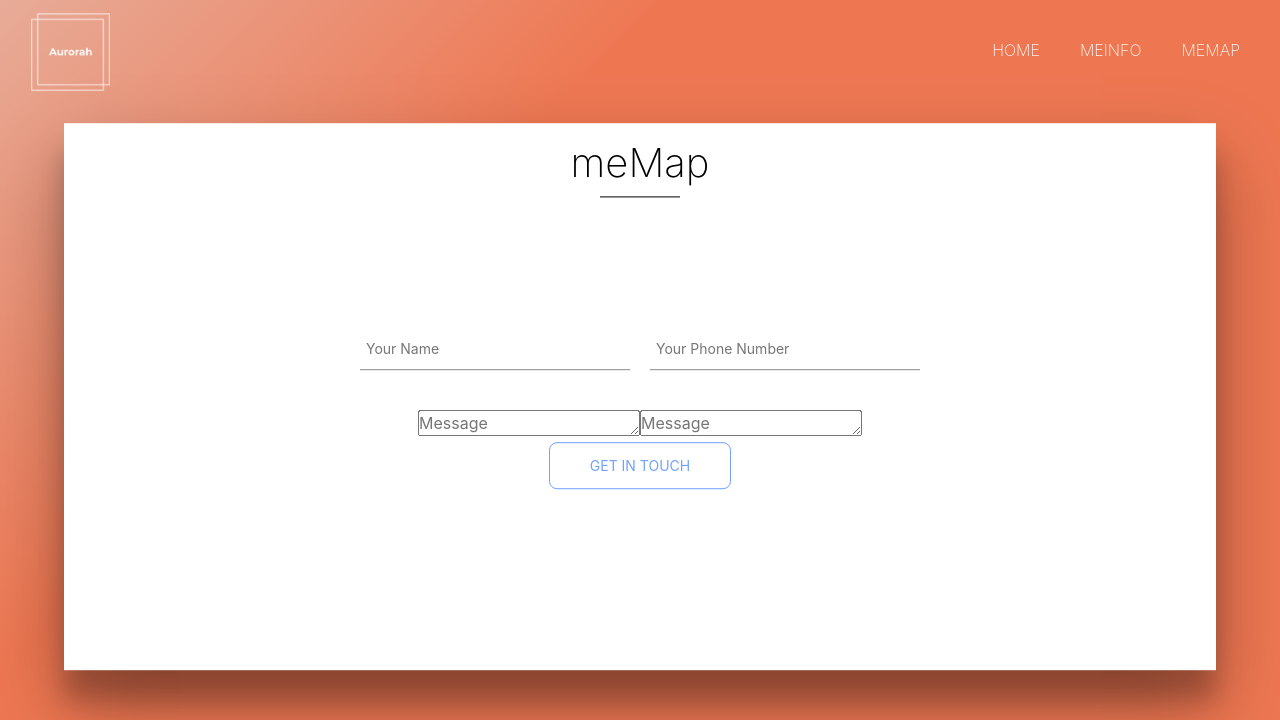
Repository: aasirvalji/saferMe
Page: /alt
An editor plug-in stored every save of this project. The page is shown before and after the next save, followed by the edit.
The browser window is 1280 px wide. The pictures show the whole page.
An inner scrolling area shows only its first screen. The project was rebuilt for these pictures with package versions that can differ from the ones it lists, and the page was loaded fresh each time. Also part of the build but not shown: src/components/Landing.js, src/styles/Services.css, src/components/Services.js, src/styles/MapDisplay.css, src/mapStyles.js, src/components/MapDisplay.js, src/styles/AboutDisplay.css, src/components/AboutDisplay.js and 1 more.

Above is the page before, as saved 2020-02-15 11:56:56.

### public/index.html
<!DOCTYPE html>
<html lang="en">
  <head>
    <meta charset="utf-8" />
    <link rel="icon" href="%PUBLIC_URL%/favicon.ico" />
    <meta name="viewport" content="width=device-width, initial-scale=1" />
    <meta name="theme-color" content="#000000" />
    <meta
      name="description"
      content="Web site created using create-react-app"
    />
    <link rel="apple-touch-icon" href="%PUBLIC_URL%/logo192.png" />
    <!--
      manifest.json provides metadata used when your web app is installed on a
      user's mobile device or desktop. See https://developers.google.com/web/fundamentals/web-app-manifest/
    -->
    <link rel="manifest" href="%PUBLIC_URL%/manifest.json" />
    <!--
      Notice the use of %PUBLIC_URL% in the tags above.
      It will be replaced with the URL of the `public` folder during the build.
      Only files inside the `public` folder can be referenced from the HTML.

      Unlike "/favicon.ico" or "favicon.ico", "%PUBLIC_URL%/favicon.ico" will
      work correctly both with client-side routing and a non-root public URL.
      Learn how to configure a non-root public URL by running `npm run build`.
    -->

    <link
    rel="stylesheet"
    href="https://maxcdn.bootstrapcdn.com/bootstrap/4.3.1/css/bootstrap.min.css"
    integrity="sha384-ggOyR0iXCbMQv3Xipma34MD+dH/1fQ784/j6cY/iJTQUOhcWr7x9JvoRxT2MZw1T"
    crossorigin="anonymous"
  />

  <link rel="stylesheet" href="https://use.fontawesome.com/releases/v5.7.2/css/all.css" integrity="sha384-fnmOCqbTlWIlj8LyTjo7mOUStjsKC4pOpQbqyi7RrhN7udi9RwhKkMHpvLbHG9Sr" crossorigin="anonymous">

    <title>Aurorah</title>
  </head>
  <body>
    <noscript>You need to enable JavaScript to run this app.</noscript>
    <div id="root"></div>
    <!--
      This HTML file is a template.
      If you open it directly in the browser, you will see an empty page.

      You can add webfonts, meta tags, or analytics to this file.
      The build step will place the bundled scripts into the <body> tag.

      To begin the development, run `npm start` or `yarn start`.
      To create a production bundle, use `npm run build` or `yarn build`.
    -->
  </body>
</html>

### src/App.js
import React from 'react';
import './App.css';
import Navigate from './components/Navigate'
import Landing from './components/Landing'
import Services from './components/Services'
import MapDisplay from './components/MapDisplay'
import AltDisplay from './components/AltDisplay'
import AboutDisplay from './components/AboutDisplay'

import SampleDisplay from './components/SampleDisplay';


import {
  BrowserRouter as Router,
  Switch,
  Route,
} from "react-router-dom";

class App extends React.Component { //when working with any type of data, call it in App then pass to comp on interest

  constructor(props) {
    super(props);

  }

/* start api sample */
/*
  componentDidMount() {
    fetch("https://api.example.com/items")
      .then(res => res.json())
      .then(
        (result) => {
          this.setState({
            isLoaded: true,
            items: result.items
          });
        },
        // Note: it's important to handle errors here
        // instead of a catch() block so that we don't swallow
        // exceptions from actual bugs in components.
        (error) => {
          this.setState({
            isLoaded: true,
            error
          });
        }
      )
  }
  */
/* end api sample */
  render(){


  return (
    <Router>
    <div className="App">

    <Switch>

    <Route exact path="/">
    <div className='landing-div'>
    <Navigate></Navigate>
    <Landing></Landing>
    <img className='wave' src='https://www.ochrehealth.com.au/wp-content/uploads/2018/10/slider-wave.png' alt=''></img>  {/* wave pattern*/}
    </div>
    {/* services placement*/}
    {/* maps placement*/}
    </Route>

    <Route path="/about">
    <div className='about-background'>
    <Navigate></Navigate>

    <AboutDisplay></AboutDisplay>
    </div>
    </Route>

    <Route path="/map">
    <div className='map-background'>
    <Navigate></Navigate>

  <MapDisplay></MapDisplay>
    </div>
    </Route>

    <Route path="/graph">
    <div className='graph-background'>
    <Navigate></Navigate>


    </div>
    </Route>

    <Route path="/alt">
    <div className='alt-background'>
    <Navigate></Navigate>

    <AltDisplay></AltDisplay>
    </div>
    </Route>

    </Switch>

    </div>
    </Router>

  );
  }
}

export default App;

### src/App.css
.landing-div {
    height: 100vh;
	background: linear-gradient(-45deg, #ee7752, #e73c7e,#FF4136, #85144b);
	background-size: 400% 400%;
    animation: gradient 10s ease infinite;

}


@keyframes gradient {
	0% {
		background-position: 0% 50%;
	}
	50% {
		background-position: 100% 50%;
	}
	100% {
		background-position: 0% 50%;
	}
}

.landing-div .wave{
    margin-right: 20vh;
    height: 15vh;
    width: 100%;
    position: absolute;
    bottom: 0;
}

@media screen and (max-width:700px) {

    .landing-div {
        height: 110vh;
    }

    .landing-div .wave{
    display: none;
    }

}

.about-background{
    background: linear-gradient(-45deg, #23a6d5, #23a6d5,#23a6d5, #acceda);
    height: 100vh;
}

.map-background{
    background: linear-gradient(-45deg, #5444c4, #5444c4,#5444c4, #908ab9);
    height: 100vh;
}

.graph-background{
    background: linear-gradient(-45deg, #e73c7e, #e73c7e,#e73c7e, #e0a0b9);
    height: 100vh;
}

.alt-background{
    background: linear-gradient(-45deg, #ee7752, #ee7752,#ee7752, #e7ab98);
    height: 100vh;
}

### src/components/Navigate.js
import React from 'react';
import '../styles/Navigate.css';
import {}
from 'react-bootstrap';
import img from '../assets/Au.png'

import { Link } from "react-router-dom";


function Navigate() {
    return (
    <>
  <div class="header">
    <h2 class="logo"><img src={img}></img></h2>
    <input type="checkbox" id="chk"></input>
    <label for="chk" class="show-menu-btn">
      <i class="fas fa-ellipsis-h"></i>
    </label>

    <ul class="menu">
      <Link to="/"><a>Home</a></Link>
      {/*<Link to="/about"><a>About</a></Link>*/}
      <Link to="/alt"><a>meInfo</a></Link>
      <Link to="/map"><a>meMap</a></Link>
      {/*<Link to="/graph"><a>eGraph</a></Link>*/}

      <label for="chk" class="hide-menu-btn">
        <i class="fas fa-times"></i>
      </label>
    </ul>
  </div>
</>
);
}


export default Navigate;

### src/components/AltDisplay.js
import React from 'react';
import '../styles/AltDisplay.css'




class AltDisplay extends React.Component{

  constructor(props){
    super(props);

    this.state = {value: ''};

    this.handleChange = this.handleChange.bind(this);
    this.handleSubmit = this.handleSubmit.bind(this);
}

handleChange(event) {
  this.setState({value: event.target.value});
}

handleSubmit(event) {
  console.log(this.state.value);
  alert('A name was submitted: ' + this.state.value);
  event.preventDefault();
}

render(){
    return(
        <>

<div className='alt-con'>

<div className='alt-header'>
<h1>meMap</h1>
</div>

<form class="contact-section" onSubmit={this.handleSubmit}>
      <div class="inner-width">
        <input type="text" class="name" placeholder="Your Name" value={this.state.value} onChange={this.handleChange} ></input>
        <input type="email" class="email" placeholder="Your Phone Number"></input>
        <textarea rows="1" placeholder="Message" class="Your Emergency Contact Name"></textarea>
        <textarea rows="1" placeholder="Message" class="Your Emergency Contact Number"></textarea>
        <button type='submit' value="Submit">Get in touch</button>
      </div>
    </form>

</div>

        </>
    )
}
}


export default AltDisplay;

### src/styles/Navigate.css
/* Start Navbar */

.header{
    height: 100px;
    background: transparent;
    padding: 0 20px;
    color: white;
    font-weight: 200;
  }
  .logo{
    line-height: 100px;
    float: left;
  }

  .header h2{
    font-weight: 200;
  }

  .header img{
    width: 12vh;
    height: 12vh;
    margin-left: 1vh;
  }

  .menu{
    float: right;
    line-height: 100px;
  }
  .menu a{
    color: white;
    text-transform: uppercase;
    text-decoration: none;
    padding: 0 10px;
    transition: 0.4s;
  }
  .show-menu-btn,.hide-menu-btn{
    transition: 0.4s;
    font-size: 30px;
    cursor: pointer;
    display: none;
  }
  .show-menu-btn{
    float: right;
  }
  .show-menu-btn i{
    line-height: 100px;
  }
  .menu a:hover,
  .show-menu-btn:hover,
  .hide-menu-btn:hover{
    transition: .5s;
    color: black;
  }

  #chk{
    position: absolute;
    visibility: hidden;
    z-index: -1111;
  }

  .content{
    padding: 0 20px;
  }
  .content img{
    width: 100%;
    max-width: 700px;
    margin: 20px 0;
  }
  .content p{
    text-align: justify;
  }

  @media screen and (max-width:800px) {
    .show-menu-btn,.hide-menu-btn{
      display: block;
    }
    .menu{
      position: fixed;
      width: 100%;
      height: 100vh;
      background: linear-gradient(-45deg, #ee7752, #e73c7e,#5444c4, #23a6d5);
      right: -100%;
      top: 0;
      text-align: center;
      padding: 80px 0;
      line-height: normal;
      transition: 0.7s;
      z-index: 1000;
    }
    .menu a{
      display: block;
      padding: 20px;
    }

    .menu a:hover{
      cursor: pointer;
    }

    .hide-menu-btn{
      position: absolute;
      top: 40px;
      right: 40px;
    }
    #chk:checked ~ .menu{
      right: 0;
    }
  }

  /* End Navbar */

### src/styles/Landing.css


  * {
    box-sizing: border-box;
    margin: 0;
    padding: 0;
  }


  h1 {
    line-height: 1.3;

  }

  img {
    width: 90%;
  }

  .container {
    max-width: 1200px;
    margin: auto;
    padding: 0 2rem;
    margin-top: 13vh;
  }

  .container h1, p{
    margin-top: 10vh;
    color: white;
  }

  .main-header{
    -webkit-animation: fadein 4s; /* Safari, Chrome and Opera > 12.1 */
    -moz-animation: fadein 4s; /* Firefox < 16 */
     -ms-animation: fadein 4s; /* Internet Explorer */
      -o-animation: fadein 4s; /* Opera < 12.1 */
         animation: fadein 4s;
  }

  .main-subheader{
    -webkit-animation: fadein 4s; /* Safari, Chrome and Opera > 12.1 */
    -moz-animation: fadein 4s; /* Firefox < 16 */
     -ms-animation: fadein 4s; /* Internet Explorer */
      -o-animation: fadein 4s; /* Opera < 12.1 */
         animation: fadein 4s;
  }

  .section-a {
    margin: 2rem 0;
  }

  .section-a .container {
    display: grid;
    grid-template-columns: 1fr 1fr;
    grid-gap: 3rem;
    align-items: center;
    justify-content: center;
  }

  .section-a h1 {
    font-size: 4rem;
    font-weight: 200;
  }

  .section-a p {
    font-size: 1.1rem;
    margin: 1rem 0 0 .775vh;
    font-weight: 200;
  }

  .floating{
    animation-name: floating;
    animation-duration: 3s;
    animation-iteration-count: infinite;
    animation-timing-function: ease-in-out;
    z-index: 100;
  }


  @keyframes floating {
    from { transform: translate(0,  0px); }
    50%  { transform: translate(0, 20px); }
    to   { transform: translate(0, -0px); }
}

  @media (max-width: 700px) {
    .section-a .container {
      grid-template-columns: 1fr;
      text-align: center;
    }

    .section-a .container div:first-child {
      order: 2;
    }

    .section-a .container div:nth-child(2) {
      order: -1;
    }

    .section-a img {
      width: 80%;
      margin: auto;
    }
  }

/* fade in animation*/

@keyframes fadein {
  from { opacity: 0; }
  to   { opacity: 1; }
}

/* Firefox < 16 */
@-moz-keyframes fadein {
  from { opacity: 0; }
  to   { opacity: 1; }
}

/* Safari, Chrome and Opera > 12.1 */
@-webkit-keyframes fadein {
  from { opacity: 0; }
  to   { opacity: 1; }
}

/* Internet Explorer */
@-ms-keyframes fadein {
  from { opacity: 0; }
  to   { opacity: 1; }
}

/* Opera < 12.1 */
@-o-keyframes fadein {
  from { opacity: 0; }
  to   { opacity: 1; }
}

### src/styles/AltDisplay.css
/* Try adding wave to Navbar */

.alt-con{
    transform: translateY(1vh);
    color: black;
    width: 90%;
    height: 76vh;
    margin: 15px auto;
    background: white;
    overflow: hidden;
    position: relative;
    top: 0;
    -webkit-box-shadow: 0 38px 76px rgba(0, 0, 0, 0.3), 0 30px 24px rgba(0, 0, 0, 0.22);
            box-shadow: 0 38px 76px rgba(0, 0, 0, 0.3), 0 30px 24px rgba(0, 0, 0, 0.22);
            overflow-y: auto;
}

.alt-con p{
    color: white;
}

.alt-header h1{
    color: black;
    text-align: center;
    font-weight: 200;
    margin-top: 2vh;
    margin-bottom: 8vh;
}

.alt-header h1:after {

    content: '';
    transform: translateY(1vh);
    margin: auto;
    border-bottom: .1vh solid black;
    width: 11vh;
    display: block;

}

.alt-details p{
    font-weight: 300;
    margin: auto;
    color: black;
    text-align: center;
    width: 50%;
    margin-bottom: 3vh;
}

.alt-details img{
    display: block;
    margin: 0 auto;
    height: 40vh;
    width: 50vh;
}

/* sample */

.middle{
    position: relative;
    margin: auto;
  }

  .task-list{
    width: 400px;
    padding: 40px;
    background: linear-gradient(-45deg, #ee7752, #ee7752,#ee7752, #e7ab98);
    background-size: cover;
  }
  .task-list h2{
    color: #fff;
    font-weight: 220;
  }
  .task{
    display: flex;
    padding: 10px 0;
    align-items: center;
    cursor: pointer;
    font-weight: 220;
  }

  .task input{
    position: absolute;
    visibility: hidden;
  }

  .task i{
    display: inline-block;
    width: 48px;
    height: 48px;
    border-radius: 50%;
    border: 1px solid white;
    text-align: center;
    line-height: 48px;
    font-size: 20px;
    margin-right: 14px;
    color: transparent;
  }

  .text{
    font-size: 18px;
    color: #fff;
  }

  .task input:checked ~ i{
    color: white;
  }

  .task input:checked ~ .text{
    text-decoration: line-through;
    color: white;
  }












  .contact-section{
    background: transparent;
    padding: 80px 0;
    text-align: center;
  }

  .inner-width{
    max-width: 600px;
    margin: auto;
    padding: 0 20px;
  }

  .contact-section h1{
    font-size: 20px;
    color: #888;
    margin-bottom: 40px;
    text-transform: uppercase;
    letter-spacing: 4px;
    font-weight: 400;
  }

  .name,.email,.message{
    background: none;
    border:none;
    outline: none;
    border-bottom: 1px solid;
    color: #888;
    padding: 10px 6px;
    font-size: 14px;
    margin-bottom: 40px;
  }

  .name{
    float: left;
    width: 270px;
  }

  .email{
    float: right;
    width: 270px;
  }

  .message{
    min-width: 100%;
    max-width: 100%;
  }


  .contact-section button{
    background: none;
    color: #70a1ff;
    border: 1px solid #70a1ff;
    padding: 12px 40px;
    border-radius: 8px;
    text-transform: uppercase;
    font-size: 14px;
    transition: 0.4s linear;
    cursor: pointer;
  }

  .contact-section button:hover{
    background: #70a1ff;
    color: #fff;
  }


  @media screen and (max-width:600px){
    .name,.email{
      width: 100%;
    }
  }

Loaded but not shown: src/index.js (common file); src/index.css (common file); src/serviceWorker.js (common file)

After the next save:
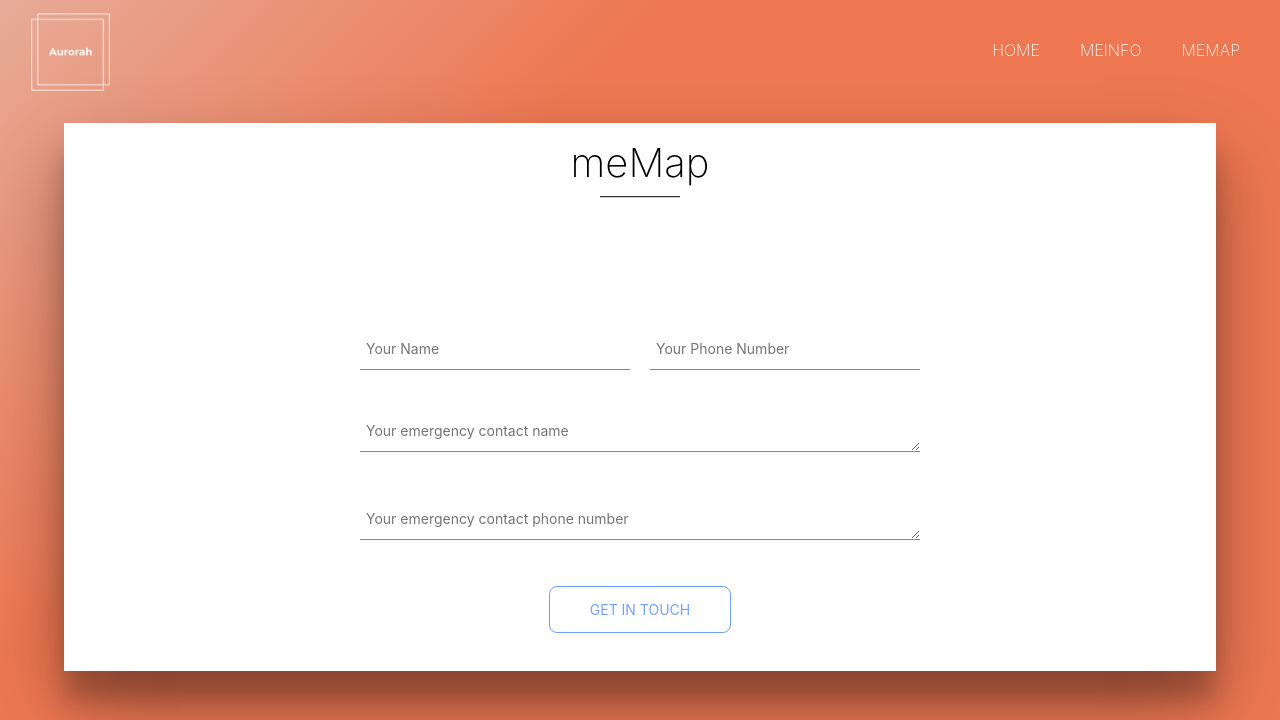
Saved 33 s later.
--- a/src/components/AltDisplay.js
+++ b/src/components/AltDisplay.js
@@ -39,8 +39,8 @@ render(){
       <div class="inner-width">
         <input type="text" class="name" placeholder="Your Name" value={this.state.value} onChange={this.handleChange} ></input>
         <input type="email" class="email" placeholder="Your Phone Number"></input>
-        <textarea rows="1" placeholder="Message" class="Your Emergency Contact Name"></textarea>
-        <textarea rows="1" placeholder="Message" class="Your Emergency Contact Number"></textarea>
+        <textarea rows="1" placeholder="Your emergency contact name" class="message"></textarea>
+        <textarea rows="1" placeholder="Your emergency contact phone number" class="message"></textarea>
         <button type='submit' value="Submit">Get in touch</button>
       </div>
     </form>
